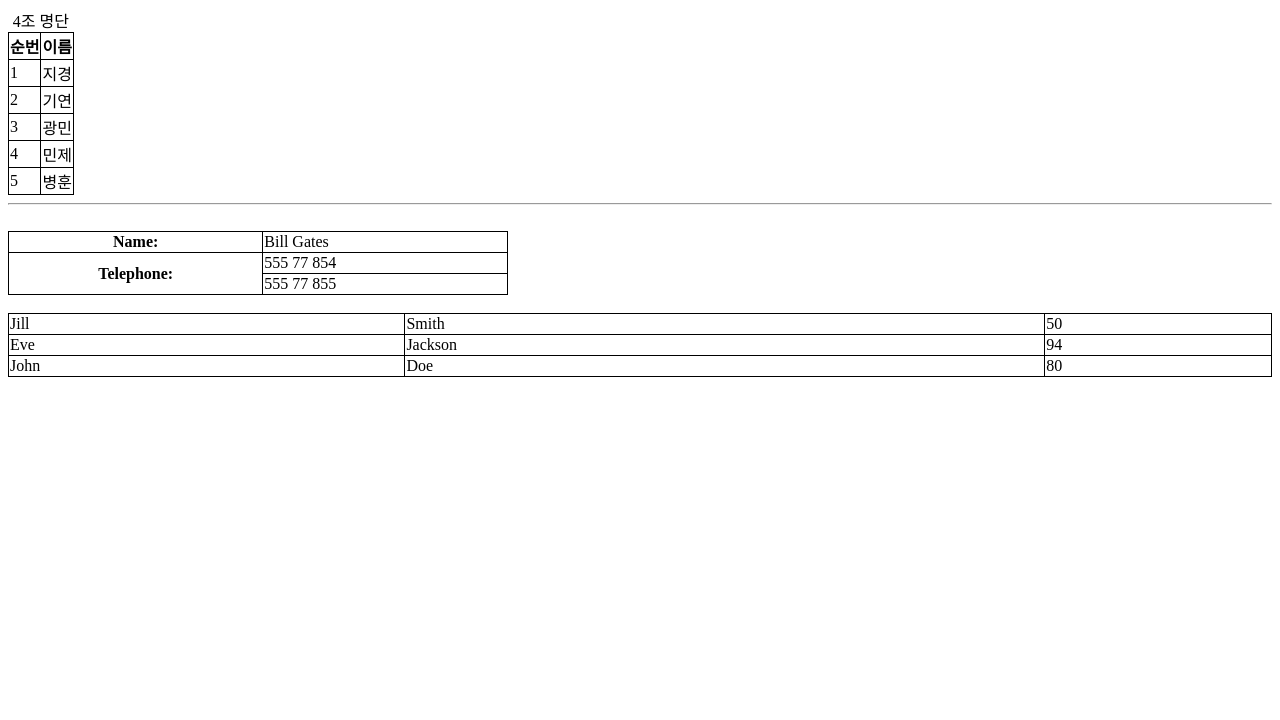
Repository: BaekJiGyeong/JSP
Page: http://localhost/AA_HelloJSP/exercise.jsp
These files come from the project's save history. The page is drawn as it stood at one moment and after the next save; the edit follows.
The browser window is 1280 px wide. The pictures show the whole page.
The page is served by Tomcat 9.

Above is the page before, as saved 2016-02-02 10:34:26.

After the next save:
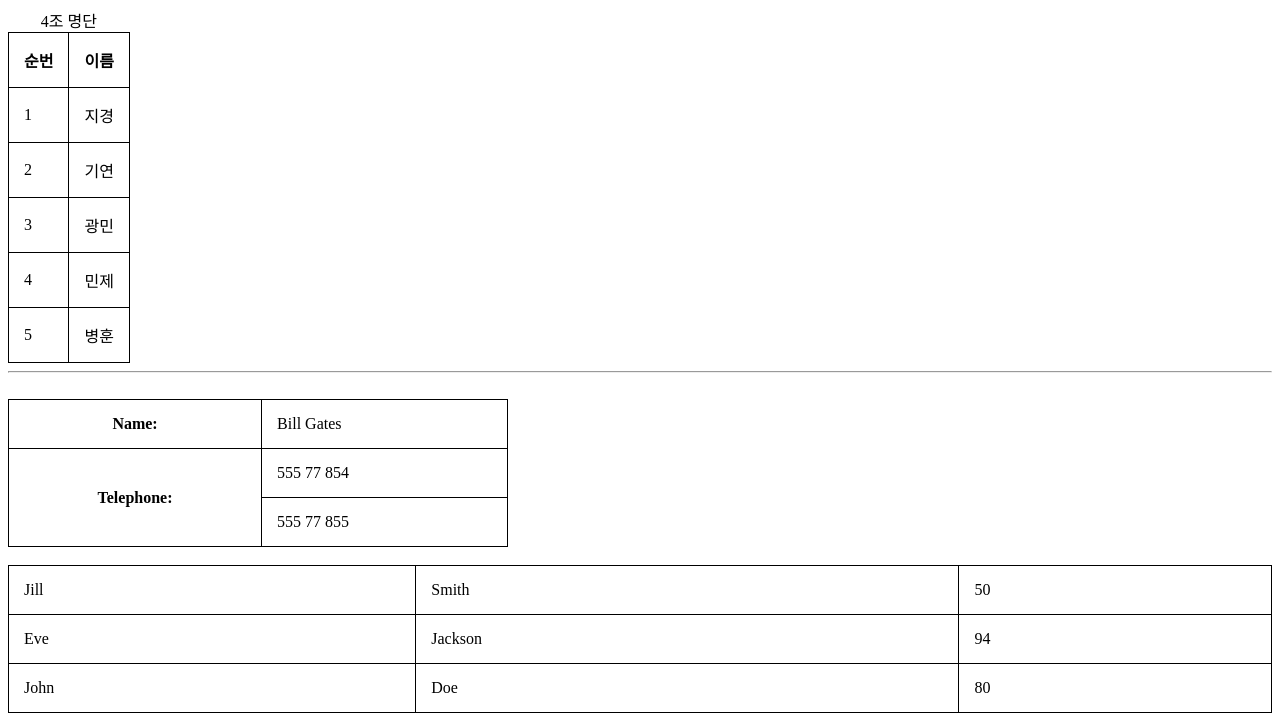
Saved 6 min 25 s later.
--- a/AA_HelloJSP/WebContent/exercise.jsp
+++ b/AA_HelloJSP/WebContent/exercise.jsp
@@ -10,6 +10,9 @@
 table, th, td {
 	border: 1px solid black;
 	border-collapse: collapse;
+}
+th, td {
+	padding: 15px;
 }
 </style>
 <meta http-equiv="Content-Type" content="text/html; charset=UTF-8">
